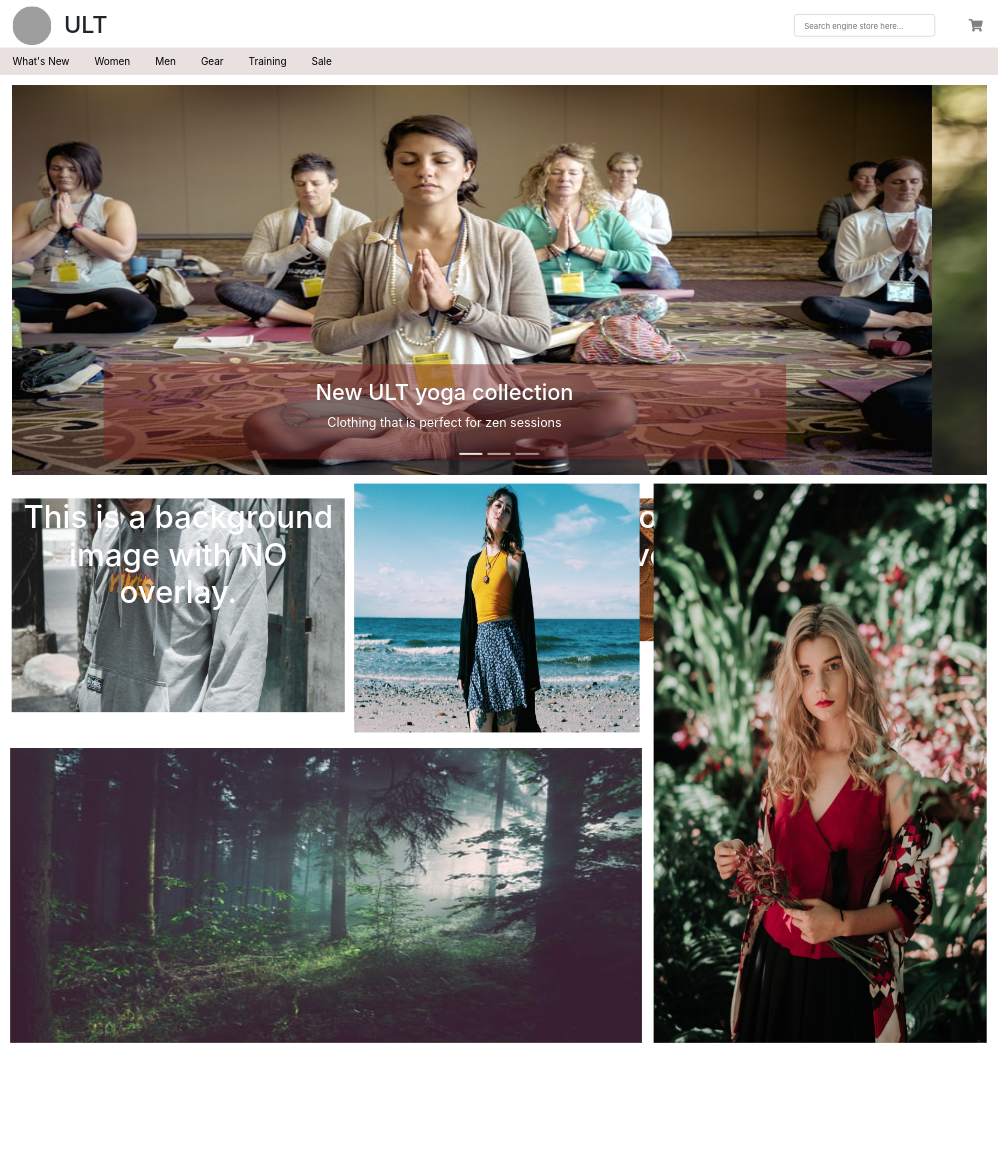
Repository: Ajtheult/Luma-Challenge-Site
Page: /
An editor plug-in stored every save of this project. The page is shown before and after the next save, followed by the edit.
The browser window is 1280 px wide. The pictures show the whole page, at 78% of full size.
Pictures or frames that could not be fetched are drawn as grey boxes. The project was rebuilt for these pictures with package versions that can differ from the ones it lists, and the page was loaded fresh each time.

Above is the page before, as saved 2020-08-31 11:55:36.

After the next save:
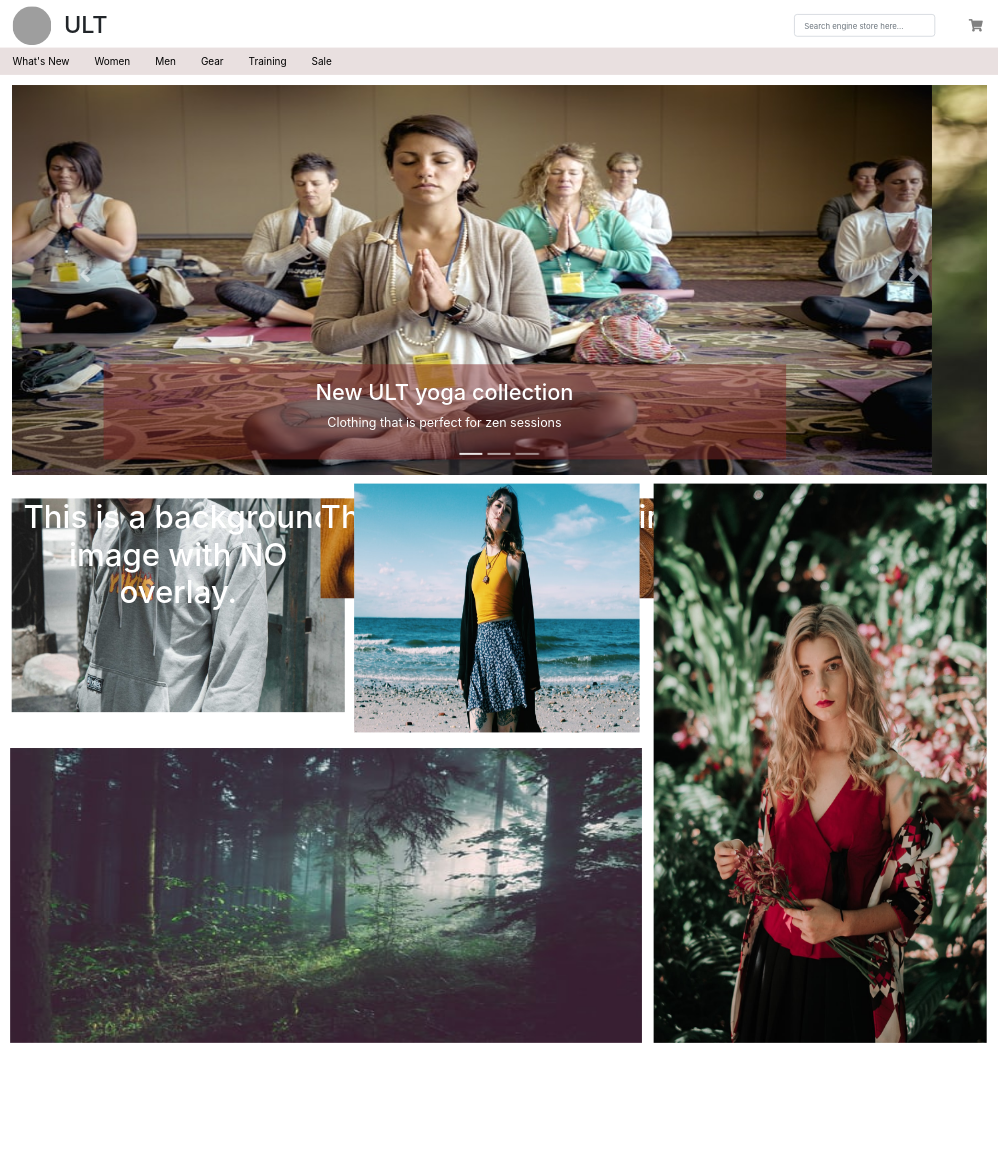
Saved 11 s later.
--- a/src/components/layout/pages/Home.css
+++ b/src/components/layout/pages/Home.css
@@ -24,8 +24,8 @@
   background-size: cover;
   background-position: center center;
   color: #fff;
-  width: 132%;
-  height: 100%;
+  width: 140%;
+  height: 70%;
   margin-top: 5%;
   float: right;
 }
